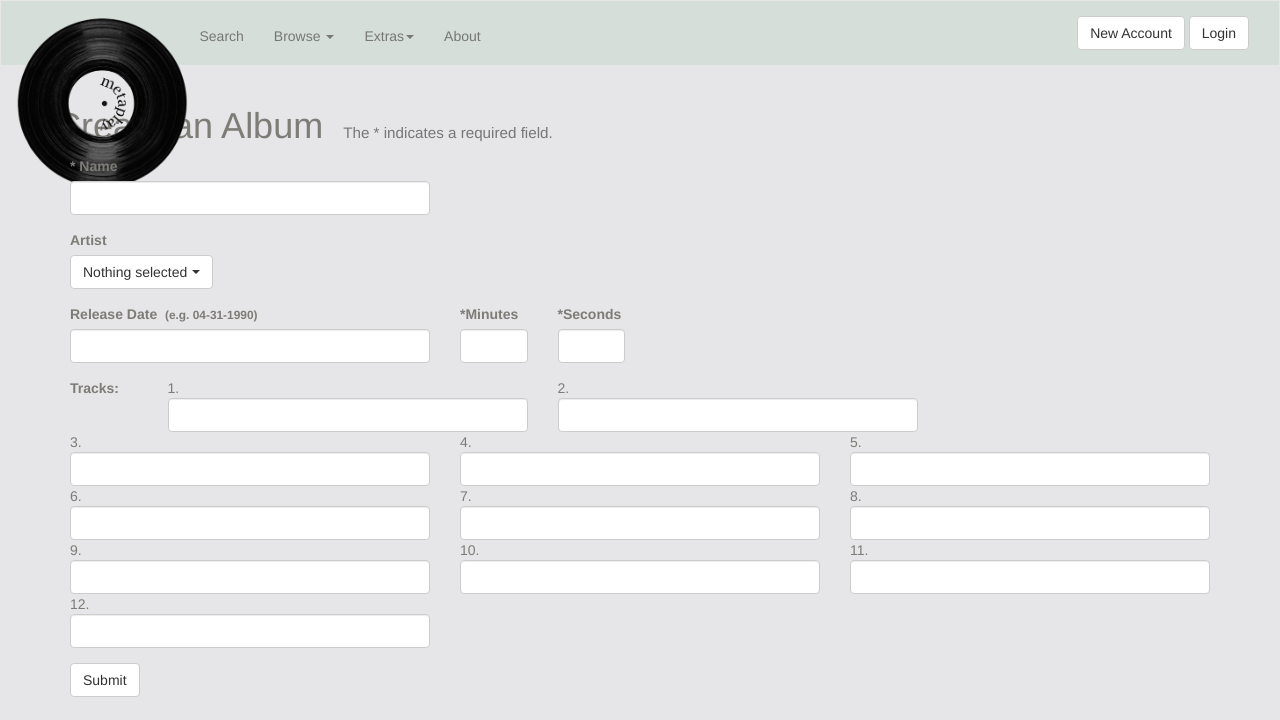
Repository: dRiott/Metaplay
Page: http://localhost/metaplay/WEB-INF/views/album_add.jsp
An editor plug-in stored every save of this project. The page is shown before and after the next save, followed by the edit.
The browser window is 1280 px wide. The pictures show the whole page.
Some web libraries are served in a nearby version. The page is served by Tomcat 9. Nobody is signed in. Other server files are loaded and not shown. The template is opened directly, without the code that normally fills it, so the values that code supplies are empty.

Above is the page before, as saved 2015-09-29 20:31:05.
Console error: TypeError: Cannot set properties of null (setting 'value')

### metaplay/src/main/webapp/WEB-INF/views/album_add.jsp
<%@ page language="java" contentType="text/html; charset=ISO-8859-1"
	pageEncoding="ISO-8859-1"%>
<%@ taglib uri="http://www.springframework.org/tags" prefix="spring"%>
<%@ taglib uri="http://www.springframework.org/tags/form" prefix="form"%>
<%@ taglib prefix="c" uri="http://java.sun.com/jsp/jstl/core"%>

<!DOCTYPE html>
<html>
<head>
<meta http-equiv="Content-Type" content="text/html; charset=ISO-8859-1">
<title>Album Manager</title>

<link rel="stylesheet" href="https://maxcdn.bootstrapcdn.com/bootstrap/3.3.4/css/bootstrap.min.css">
<link rel="stylesheet" href="<spring:url value="/resources/css/home.css"/>" type="text/css" />
<link rel="stylesheet" href="<spring:url value="/resources/css/bootstrap-select.min.css"/>" type="text/css" />
<script src="https://ajax.googleapis.com/ajax/libs/jquery/1.11.2/jquery.min.js"></script>
<script src="https://maxcdn.bootstrapcdn.com/bootstrap/3.3.4/js/bootstrap.min.js"></script>
<script src="<spring:url value="/resources/js/bootstrap-select.min.js"/>"></script>

</head>
<body>

	<jsp:include page="../views/fragments/landingPageFragment.jsp"></jsp:include>

	<div class="container">

		<div class="row">
			<h1>Create an Album&nbsp&nbsp<small><small>The * indicates a required field.</small></small></h1>
		</div>

		<spring:url value="/album/review" var="thisFormURL" />
		<form:form action="${thisFormURL}" method="post" modelAttribute="createAlbumWrapper" onsubmit="return validate(this);">
		<form:errors path="*" element="div" cssClass="errors"/>
	        	<div class="form-group">
					<div class="row">
						<div class="col-md-4">
							<label for="albumName">* Name</label>
							<form:input type="text" path="name" id="albumName" cssClass="form-control" cssErrorClass="has-error"/>
						</div>
					</div>
					<div class="form-group" style="float:clear;"></div>

						<!-- BEGIN Artist -->
					<div class="row">
						<div class="col-md-1">
							<label for="albumArtistName">Artist</label>
							<form:select path="artistFromList" cssClass="selectpicker" id="albumArtistName" >
								<form:options items="${artistOptions}" />
							</form:select>
						</div>
					</div>
					<div class="form-group" style="float:clear;"></div>
					<div class="form-group" id="newAlbumArtistName" style="display:none;">
						<hr/>
						<label for="newAlbumArtistName" style="font-style:italic;">New Artist:</label>
						<form:input cssClass="form-control" type="text" path="theNewArtist" id="newAlbumArtistNameInput" cssErrorClass="has-error" />
					<div class="form-group" style="float:clear;"></div>
						<label for="newAlbumArtistButton" style="font-style:italic;">Or...</label>
						<a href="<spring:url value="/artist/add"/>" class="btn btn-default">Go To Add Artist Page</a>
						<hr/>
					</div>
					<!-- END Artist -->

					<div class="form-group" style="float:clear;"></div>

					<div class="row">
						<div class="col-md-4">
							<label for="albumReleaseDate">Release Date&nbsp&nbsp<small>(e.g. 04-31-1990)</small></label>
							<form:input path="releaseDate" cssClass="form-control"
								id="albumReleaseDate" />
						</div>

						<div class="col-md-1">
							<label for="albumLengthMinutes">*Minutes</label>
							<form:input path="lengthMinutes" id="albumLengthSeconds"  cssClass="form-control"/>
						</div>

						<div class="col-md-1">
							<label for="albumLengthSeconds">*Seconds</label>
							<form:input path="lengthSeconds" id="albumLengthSeconds" cssClass="form-control"/>
						</div>
					</div>

					<div class="form-group" style="float:clear;"></div>

					<div class="row">
						<div class="col-md-1">
						<label for="albumTrack">Tracks: </label>
						</div>
						<div class="col-md-4 showNextTrack">
							<span>1. </span>
							<form:input path="tracks[0].name" cssClass="form-control" id="albumTrack1" />
						</div>
						<div class="col-md-4 showNextTrack">
							<span>2. </span>
							<form:input path="tracks[1].name" cssClass="form-control" id="albumTrack2" />
						</div>
						<div class="col-md-4 showNextTrack">
							<span>3. </span>
							<form:input path="tracks[2].name" cssClass="form-control" id="albumTrack3" />
						</div>
						<div class="col-md-4 showNextTrack">
							<span>4. </span>
							<form:input path="tracks[3].name" cssClass="form-control" id="albumTrack4" />
						</div>
						<div class="col-md-4">
							<span>5. </span>
							<form:input path="tracks[4].name" cssClass="form-control" id="albumTrack5" />
						</div>
						<div class="col-md-4">
							<span>6. </span>
							<form:input path="tracks[5].name" cssClass="form-control" id="albumTrack6" />
						</div>
						<div class="col-md-4">
							<span>7. </span>
							<form:input path="tracks[6].name" cssClass="form-control" id="albumTrack7" />
						</div>
						<div class="col-md-4 showNextTrack">
							<span>8. </span>
							<form:input path="tracks[7].name" cssClass="form-control" id="albumTrack8" />
						</div>
						<div class="col-md-4 showNextTrack">
							<span>9. </span>
							<form:input path="tracks[8].name" cssClass="form-control" id="albumTrack9" />
						</div>
						<div class="col-md-4 showNextTrack">
							<span>10. </span>
							<form:input path="tracks[9].name" cssClass="form-control" id="albumTrack10" />
						</div>
						<div class="col-md-4 showNextTrack">
							<span>11. </span>
							<form:input path="tracks[10].name" cssClass="form-control" id="albumTrack11" />
						</div>
						<div class="col-md-4" id="12">
							<span>12. </span>
							<form:input path="tracks[11].name" cssClass="form-control" id="albumTrack12" />
						</div>

						<div class="col-md-4" style="display:none;" id="13">
							<span>13. </span>
							<form:input path="tracks[12].name" cssClass="form-control" id="albumTrack13" />
						</div>
						<div class="col-md-4" style="display:none;" id="14">
							<span>14. </span>
							<form:input path="tracks[13].name" cssClass="form-control" id="albumTrack14" />
						</div>
						<div class="col-md-4" style="display:none;" id="15">
							<span>15. </span>
							<form:input path="tracks[14].name" cssClass="form-control" id="albumTrack15" />
						</div>
						<div class="col-md-4" style="display:none;" id="16">
							<span>16. </span>
							<form:input path="tracks[15].name" cssClass="form-control" id="albumTrack16" />
						</div>
						<div class="col-md-4" style="display:none;" id="17">
							<span>17. </span>
							<form:input path="tracks[16].name" cssClass="form-control" id="albumTrack17" />
						</div>
						<div class="col-md-4" style="display:none;" id="18">
							<span>18. </span>
							<form:input path="tracks[17].name" cssClass="form-control" id="albumTrack18" />
						</div>
						<div class="col-md-4" style="display:none;" id="19">
							<span>19. </span>
							<form:input path="tracks[18].name" cssClass="form-control" id="albumTrack19" />
						</div>
						<div class="col-md-4" style="display:none;" id="20">
							<span>20. </span>
							<form:input path="tracks[19].name" cssClass="form-control" id="albumTrack20" />
						</div>
						<div class="col-md-4" style="display:none;" id="21">
							<span>21. </span>
							<form:input path="tracks[20].name" cssClass="form-control" id="albumTrack21" />
						</div>
						<div class="col-md-4" style="display:none;" id="22">
							<span>22. </span>
							<form:input path="tracks[21].name" cssClass="form-control" id="albumTrack22" />
						</div>
						<div class="col-md-4" style="display:none;" id="23">
							<span>23. </span>
							<form:input path="tracks[22].name" cssClass="form-control" id="albumTrack23" />
						</div>
						<div class="col-md-4" style="display:none;" id="24">
							<span>24. </span>
							<form:input path="tracks[23].name" cssClass="form-control" id="albumTrack24" />
						</div>
						<div class="col-md-4" style="display:none;" id="25">
							<span>25. </span>
							<form:input path="tracks[24].name" cssClass="form-control" id="albumTrack25" />
						</div>
						<div class="col-md-4" style="display:none;" id="26">
							<span>26. </span>
							<form:input path="tracks[25].name" cssClass="form-control" id="albumTrack26" />
						</div>
						<div class="col-md-4" style="display:none;" id="27">
							<span>27. </span>
							<form:input path="tracks[26].name" cssClass="form-control" id="albumTrack27" />
						</div>
						<div class="col-md-4" style="display:none;" id="28">
							<span>28. </span>
							<form:input path="tracks[27].name" cssClass="form-control" id="albumTrack28" />
						</div>
						<div class="col-md-4" style="display:none;" id="29">
							<span>29. </span>
							<form:input path="tracks[28].name" cssClass="form-control" id="albumTrack29" />
						</div>
						<div class="col-md-4" style="display:none;" id="30">
							<span>30. </span>
							<form:input path="tracks[29].name" cssClass="form-control" id="albumTrack30" />
						</div>
					</div>

					<div class="form-group" style="float:clear;"></div>

					<button type="submit" class="btn btn-default">Submit</button>
				</div>
		</form:form>
	</div>

	<script src="<spring:url value="/resources/js/albumAddShowHide.js"/>"></script>

</body>
</html>

### metaplay/src/main/webapp/WEB-INF/views/fragments/landingPageFragment.jsp
<%@ taglib prefix="spring" uri="http://www.springframework.org/tags"%>
<%@ taglib prefix="c" uri="http://java.sun.com/jsp/jstl/core"%>
<%@ taglib uri="http://www.springframework.org/tags/form" prefix="form"%>

<nav class="navbar navbar-default">
	<div class="container-fluid drNavDiv">

		<!-- Logo -->
		<div class="imageLogoDiv" >
			<a class="navbar-brand" href="<spring:url value="/"/>">
				<img class="imageLogo logo" src="<spring:url value="/resources/img/vinylDark.gif" />" id="logo"	alt="logoDark.gif" style="width:auto\9"/>
				<img class="imageLogoLayer logo" src="<spring:url value="/resources/img/vinyl.gif" />" id="logoLightLayer" alt="logoLight.gif" style="width:auto\9"/>
			</a>
		</div>

		<!-- BEGIN HEADER LINKS -->
		<div class="DRnavBarDiv">
			<ul class="nav navbar-nav" style="padding-top: 10px;">

				<!-- Search -->
				<li><a id="searchLink" href="<spring:url value="/search"/>">Search</a></li>

				<!-- Browse -->
				<li class="dropdown"><a href="#" class="dropdown-toggle"
					data-toggle="dropdown" role="button" aria-expanded="false">Browse <span class="caret"></span></a>
					<ul class="dropdown-menu" role="menu">
						<li><a href="<spring:url value="/browse/accounts"/>">Accounts</a></li>
						<li><a href="<spring:url value="/browse/albums"/>">Albums</a></li>
						<li><a href="<spring:url value="/browse/artists"/>">Artists</a></li>
						<li><a href="<spring:url value="/browse/genres"/>">Genres</a></li>
						<li><a href="<spring:url value="/browse/locations"/>">Locations</a></li>
						<li><a href="<spring:url value="/browse/members"/>">Members</a></li>
						<li><a href="<spring:url value="/browse/playlists"/>">Playlists</a></li>
						<li><a href="<spring:url value="/browse/recordlabels"/>">Record Labels</a></li>
						<li><a href="<spring:url value="/browse/tracks"/>">Tracks</a></li>
					</ul>
				</li>

				<!-- More -->
				<li class="dropdown"><a href="#" class="dropdown-toggle"
					data-toggle="dropdown" role="button" aria-expanded="false">Extras<span class="caret"></span></a>
					<ul class="dropdown-menu" role="menu">
						<li><a href="<spring:url value="/payment/process"/>">Payment</a></li>
						<li><a href="<spring:url value="/role/add"/>">Roles</a></li>
					</ul>
				</li>

				<!-- About -->
				<li><a href="<spring:url value="/about"/>">About</a></li>

			</ul>
		</div>

		<!-- Accountname / New Account, Logout -->
		<c:set var="authentication" value="${pageContext.request.userPrincipal}"/>
		<c:choose>
			<c:when test="${authentication!=null}">
				<c:set var="currentUser" value="${authentication.name}"/>
				<c:url var="logoutUrl" value="/logout"/>
				<!-- Form MUST BE A POST TO PROTECT AGAINST CROSS-SITE REQUEST FORGERY -->
				<form:form class="navbar-form pull-right" action="${logoutUrl}" method="post">
					<input type="submit" class="btn btn-default drHeaderButton" value="Logout" />
				</form:form>
				<p class="navbar-text pull-right">
					<c:out value="${currentUser}"/>
				</p>
			</c:when>
			<c:otherwise>
				<p class="navbar-text pull-right">
					<c:url value="/account/add" var="accountAddUrl"/>
					<c:url value="/account/login" var="loginUrl"/>
					<a href="${accountAddUrl}" class="btn btn-default drHeaderButton">New Account</a>
					<a href="${loginUrl}" class="btn btn-default drHeaderButton">Login</a>
				</p>
			</c:otherwise>
		</c:choose>

	</div>
</nav>

### metaplay/src/main/webapp/resources/css/home.css
/**
The padding for the main containers are all set with javascript in footer.js based on the position of the Search nav item.
*/

html {
    /*prevents horizontal scrolling*/
    max-width: 100%;
    overflow-x: hidden;
}

body {
	background: #e6e5e7 fixed bottom right no-repeat;
	background-size: 500px Auto;
	font-family: Helvetica Neue, Helvetica, Arial, sans-serif;
    color: #7E7C77;

    /*prevents horizontal scrolling*/
    max-width: 100%;
    overflow-x: hidden;
}

audio {
    background-color: #EEEEEE;
}

/* hr elements appear on browsing pages, and occasionally add pages. */
hr {
    margin-left:0;
    width: 40%;
}

/* styling of the anchor tags */
a {
  text-decoration: inherit;
  font-style: inherit;
  color: #6c9985;
}

a:hover {
 text-decoration: underline;
 color: #618975;
}

/* a:visited {
	border: none;
	text-decoration: none;
	font-style: normal;
	color: #FC9D9A;
} */

/* e.g. on about.jsp */
a.mono {
    font-family: monospace, sans-serif;
    font-style: italic;
}

/* any input box -- set to change the shadow and border */
.form-control:focus {
  border-color: #99B2B7;
  box-shadow: inset 0 1px 1px rgba(0, 0, 0, 0.075), 0 0 8px rgba(153,178,183, 0.6);
}

/* h1 at the top of almost every page. */
.dH1 {
    font-family: Helvetica Neue, Helvetica, Arial, sans-serif;
    font-style: italic;
    color: #7E7C77;
    /* slategray; Pachyderm by Yasmino: #7A6A53 */
}

.drHeaderButton {
	/* css for the buttons in the header navbar*/
}

/* header nav bar! */
.drNavDiv {
	/*
	dark grey blue: C5E0DC
	grey green: #D5DED9
	bond: #D5DED9
	current fave: #C5E0DC
	*/
	background-color:#D5DED9;
	color: #948C75;
}

/* used for notifying the user of certain privileges they don't have if they're not logged in or have the right role. */
.drSecurity {
    font-family: monospace, sans-serif;
    font-style: italic;
    color: #7E7C77;
}


/* any span used for slight horizontal spacing */
.dSpan {
    padding-left: 10px;
}

/* spacing to clear left of the logo */
.DRnavBarDiv{
	padding-left: 13.5%;
}

/* div containing the logo */
.imageLogoDiv{
	display:block;
	clear:right;
}

/* logo itself: under-layer */
.imageLogo {
	width:13.5%;
	max-width:180px;
	position: absolute;
    clear: both;
   	height:auto;

    /* Spin only the record, not the glossy logoLayer.*/
	-webkit-animation:spin 4s linear infinite;
    -moz-animation:spin 4s linear infinite;
    animation:spin 4s linear infinite;
}

/* Spin the Logo! */
@-moz-keyframes spin { 100% { -moz-transform: rotate(360deg); } }
@-webkit-keyframes spin { 100% { -webkit-transform: rotate(360deg); } }
@keyframes spin { 100% { -webkit-transform: rotate(360deg); transform:rotate(360deg); } }

/* the lighter logo layer on top of the logo*/
.imageLogoLayer {
	width:13.5%;
	opacity: .4;
	max-width:180px;
    position: absolute;
    clear: both;
   	height:auto;
}

/* This class is added to tables that I wanted to not take up all of the page. Now, they look nicer. */
.browseTable {
	width: 80%;
}

/* This handles the ?error url param for incorrect account/password combinations,
	 and also #messageDiv on the single_playlist.jsp */
.error {
    font-family: monospace, sans-serif;
    font-style: italic;
    padding: 15px;
    margin-bottom: 20px;
    border: #ebccd1 1px solid;
    border-radius: 4px;
    color: #E08E79;
    background-color: #f2dede;
}

/* This handles the ?logout url param for the index page,
	and also #messageDiv on the single_playlist.jsp */
.msg {
	margin-left: 15px;
	padding: 15px;
	border: #b3bcba 1px solid;
	border-radius: 4px;
	color: #7E7C77;
	background-color: #D5DED9;
}

/* this class is added to the body of pages that need to have their positioning changed on page load.
	they are first repositioned as invisible to the page, then they are revealed (this class is removed) */
.delayedReveal {
    visibility: hidden;
}

/* override the default hightlight color */
::selection {
  background: #ffb7b7; /* WebKit/Blink Browsers */
}
::-moz-selection {
  background: #ffb7b7; /* Gecko Browsers */
}

### metaplay/src/main/webapp/resources/js/albumAddShowHide.js

$(document).ready(function () {

	//Artist Options "Other" Box Hide/Unhide
	var selectOtherAR = $("#albumArtistName");
	selectOtherAR.change(function(){
		var inputBoxAR = $("#newAlbumArtistName");
		var artistAddButton = $("#newAlbumArtistAddButton");
		if(selectOtherAR.val()=="** New Artist **") {
			inputBoxAR.show();
			artistAddButton.show();
		} else {
			inputBoxAR.hide();
			artistAddButton.hide();
		}
	});

	// new record label show/hide
	var selectOtherRL = $("#recordLabelName");
	selectOtherRL.change(function(){
		var inputBoxRL = $("#newRecordLabelName");
		var recordLabelLocationDiv = $("#newRecordLabelLocation");
		var hr1 = $("#recordLabelHr1");
		var hr2 = $("#recordLabelHr2");
		var newCountryDiv = $("#newCountryDiv");

		if(selectOtherRL.val()=="** New Record Label **") {
			inputBoxRL.show();
			recordLabelLocationDiv.show();
			hr1.show();
			hr2.show();
			newCountryDiv.show();
		} else {
			inputBoxRL.hide();
			recordLabelLocationDiv.hide();
			hr1.hide();
			hr2.hide();
			newCountryDiv.hide();
		}
	}); //end record label on change

	var rlCountries = $("#rlCountries");
	if(rlCountries.val()=="** New Country **") {
		console.log("new country");

	}

	rlCountries.change(function() {
		var newCountry = $("#rlCountry");
		var rlState = $("#rlState");
		var city = $("#recordLabelCity");

		if(rlCountries.val()=="United States") {
			rlState.show();
			newCountry.hide();
			city.attr("placeholder", "Birmingham");
		} else if (rlCountries.val()=="** New Country **") {
			city.focus();
			city.blur(function () {
				newCountry.focus()
			})

			rlState.hide();
			newCountry.attr("placeholder", "England");
			newCountry.show();
			city.attr("placeholder", "London");
		} else {
			rlState.hide();
			newCountry.hide();
		}
	});


	//gets rid of the Album Length zeros on load
	$("#albumMinutes").val("");
	$("#albumSeconds").val("");

	//gets rid of the zeros on load
	for(var i = 1; i<31; i++){
		var minutesId = "minutes" + i;
		var minutes = document.getElementById(minutesId);
		minutes.value = "";
		var secondsId = "seconds" + i;
		var seconds = document.getElementById(secondsId);
		seconds.value = "";
		var bpmId = "bpm" + i;
		var bpm = document.getElementById(bpmId);
		bpm.value = "";
	}

}); // end document.ready

//repopulates the zeros to prevent number format error
function ensureVoidsAreZeroes() {
	var bpms = $(".bpm");
	for(var i = 1; i<31; i++){
		var minutesId = "minutes" + i;
		var minutes = document.getElementById(minutesId);
		if(minutes.value == "") {
			minutes.value = 0;
		};
		var secondsId = "seconds" + i;
		var seconds = document.getElementById(secondsId);
		if(seconds.value == "") {
			seconds.value = 0;
		};
		var bpmId = "bpm" + i;
		var bpm = document.getElementById(bpmId);
		if(bpm.value == "") {
			bpm.value = 0;
		};
	}

	var albumMinutes = document.getElementById("albumMinutes");
	if(albumMinutes.value == "") {
		albumMinutes.value = 0;
	};
	var albumSeconds = document.getElementById("albumSeconds");
	if(albumSeconds.value == "") {
		albumSeconds.value = 0;
	};
}

//scrolls the window down as a new track is shown.
function reveal(id) {
	id += 1;
	element = document.getElementById(id);
	element.style.display="inline";
	if(id>2) {
//		window.scrollTo(0,document.body.scrollHeight);
		scrollToElement(element, 1000);
	}
}

var scrollToElement = function(element, ms){
    var speed = (ms) ? ms : 600;
    $('html,body').animate({
        scrollTop: $(element).offset().top
    }, speed);
}

// specify id of element and optional scroll speed as arguments

Loaded but not shown: metaplay/src/main/webapp/resources/css/bootstrap-select.min.css (library); metaplay/src/main/webapp/resources/js/bootstrap-select.min.js (library)

After the next save:
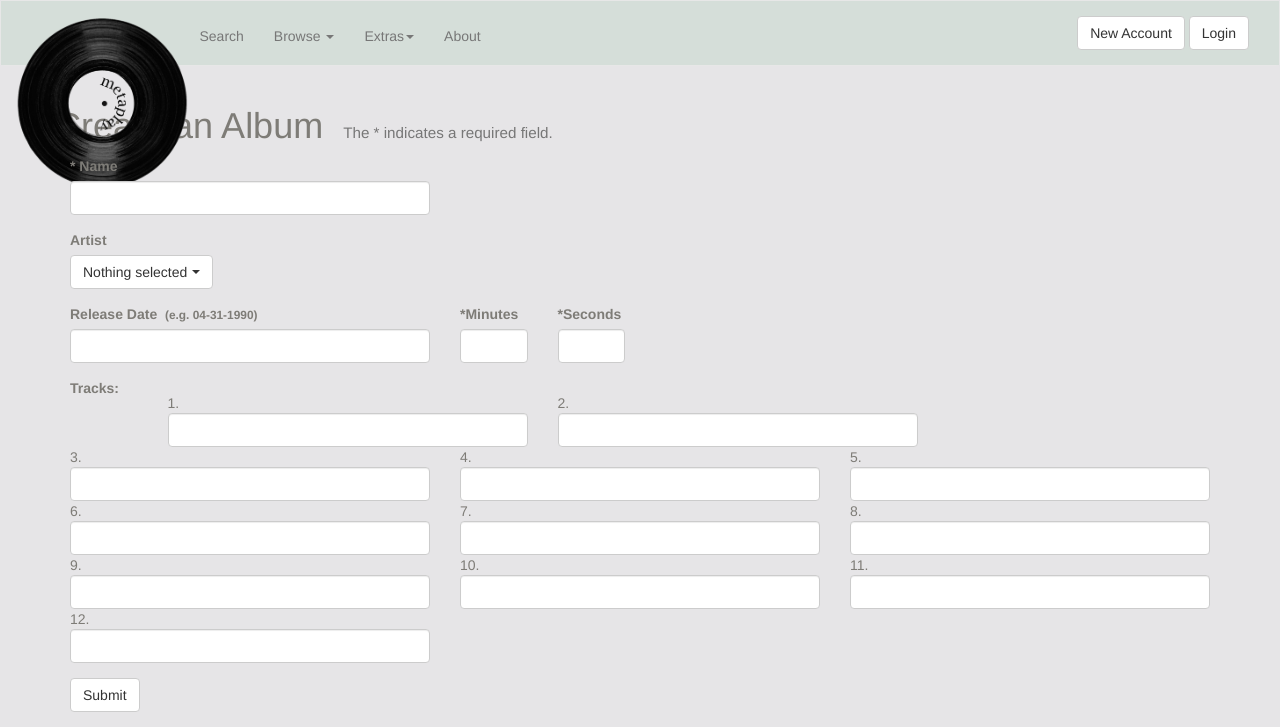
Saved 9 s later.
--- a/metaplay/src/main/webapp/WEB-INF/views/album_add.jsp
+++ b/metaplay/src/main/webapp/WEB-INF/views/album_add.jsp
@@ -87,6 +87,8 @@
 						<div class="col-md-1">
 						<label for="albumTrack">Tracks: </label>
 						</div>
+											<div class="form-group" style="float:clear;"></div>
+
 						<div class="col-md-4 showNextTrack">
 							<span>1. </span>
 							<form:input path="tracks[0].name" cssClass="form-control" id="albumTrack1" />
